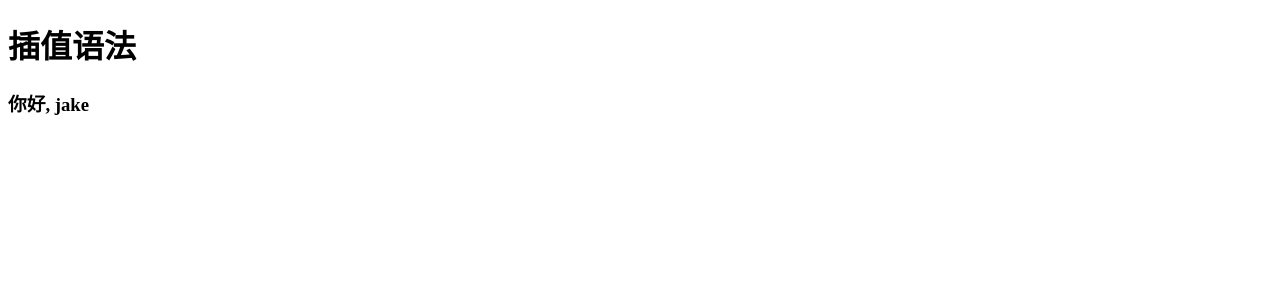
Repository: reggiepy/vueLeaning
Page: 02 vue 模板语法/模板语法.html
An editor plug-in stored every save of this project. The page is shown before and after the next save, followed by the edit.
The browser window is 1280 px wide. The pictures show the whole page.

Above is the page before, as saved 2021-12-04 23:16:00.

### 02 vue 模板语法/模板语法.html
<!DOCTYPE html>
<html lang="en">
  <head>
    <meta charset="UTF-8" />
    <meta http-equiv="X-UA-Compatible" content="IE=edge" />
    <meta name="viewport" content="width=device-width, initial-scale=1.0" />
    <title>初识vue</title>
    <script type="text/javascript" src="../js/vue.js"></script>
  </head>
  <body>
    <div id="root">
      <h1>插值语法</h1>
      <h3>你好, {{name}}</h3>
    </div>

    <script type="text/javascript">
      Vue.config.productionTip = false;

      // 创建Vue实例
      const x = new Vue({
          el: "#root",
          data: {
              name: "jake",
          }
      })
    </script>
  </body>
</html>

Loaded but not shown: js/vue.js (library)

After the next save:
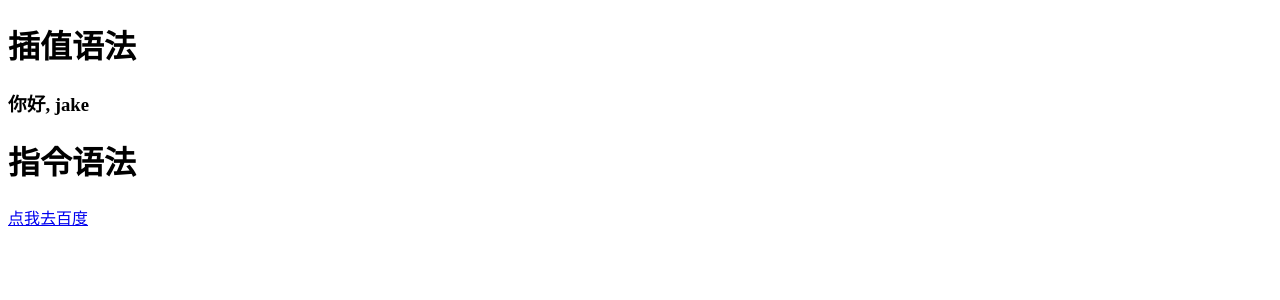
Saved 79 s later.
--- a/02 vue 模板语法/模板语法.html
+++ b/02 vue 模板语法/模板语法.html
@@ -11,6 +11,8 @@
     <div id="root">
       <h1>插值语法</h1>
       <h3>你好, {{name}}</h3>
+      <h1>指令语法</h1>
+      <a href="https://www.baidu.com">点我去百度</a>
     </div>
 
     <script type="text/javascript">
